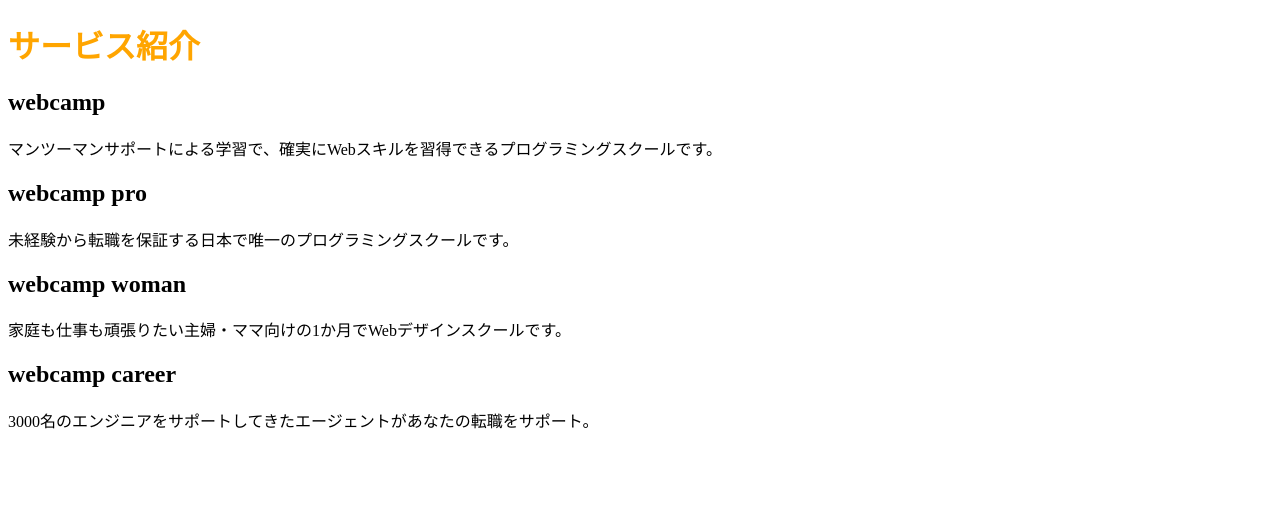
Repository: alamsamiha/html_css
Page: chapter2_exercise/ch2.html
The author's editor kept a record of every edit. The page is drawn from the files as they stood at one moment, then again after the next edit.
The browser window is 1280 px wide. The pictures show the whole page.

Above is the page before.

After the next edit:
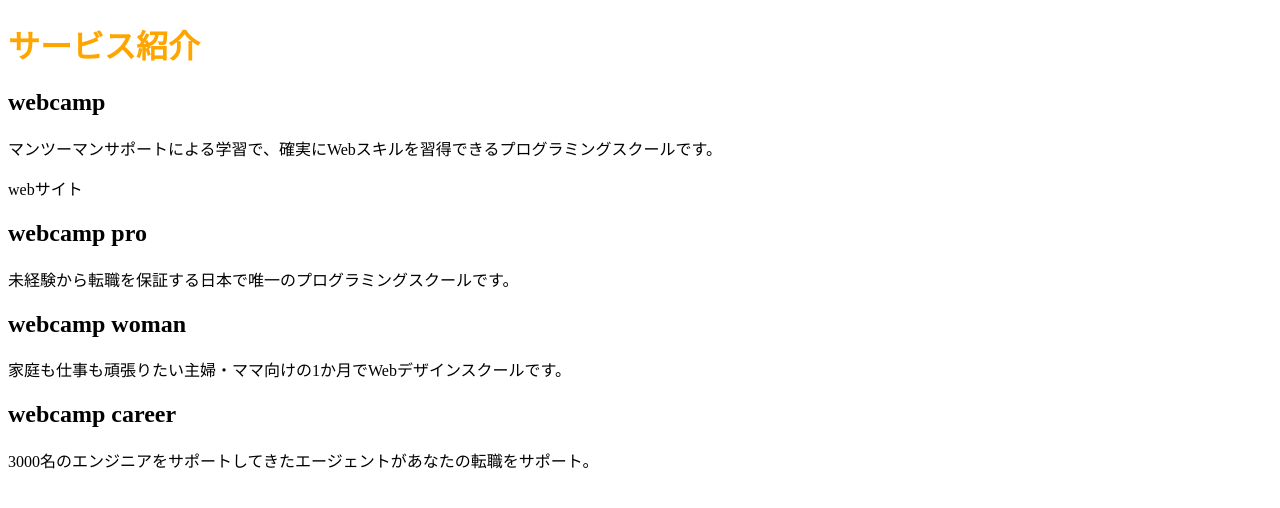
The edit:
--- a/chapter2_exercise/ch2.html
+++ b/chapter2_exercise/ch2.html
@@ -10,7 +10,7 @@
     <h1>サービス紹介</h1>
     <h2>webcamp</h2>
     <p>マンツーマンサポートによる学習で、確実にWebスキルを習得できるプログラミングスクールです。</p>
-    <a></a>
+    <a>webサイト</a>
     <h2>webcamp pro</h2>
     <p>未経験から転職を保証する日本で唯一のプログラミングスクールです。</p>
     <a></a>
